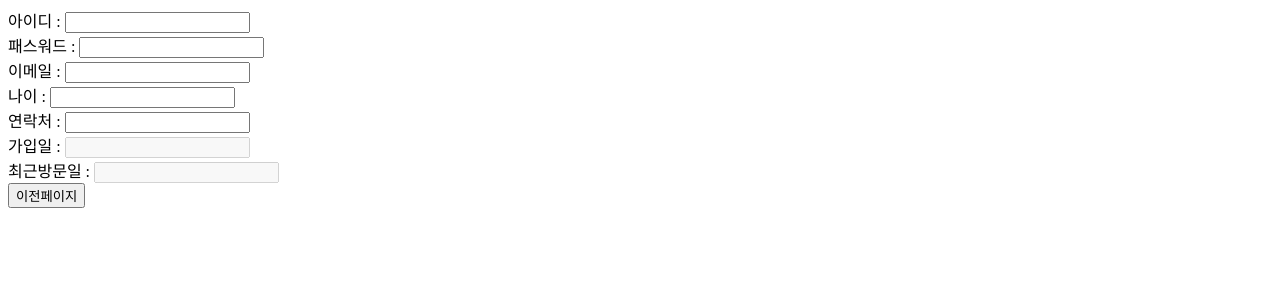
Repository: havanara/240416_JSP_Project
Page: http://localhost/jsp_study2/member/modify.jsp
The author's editor kept a copy of each file at every save. The page is drawn from the files as they stood at one save, then again after the next save.
The browser window is 1280 px wide. The pictures show the whole page.
The page is served by Tomcat 9. The template is opened directly, without the code that normally fills it, so the values that code supplies are empty.

Above is the page before, as saved 2024-04-17 06:08:13.

After the next save:
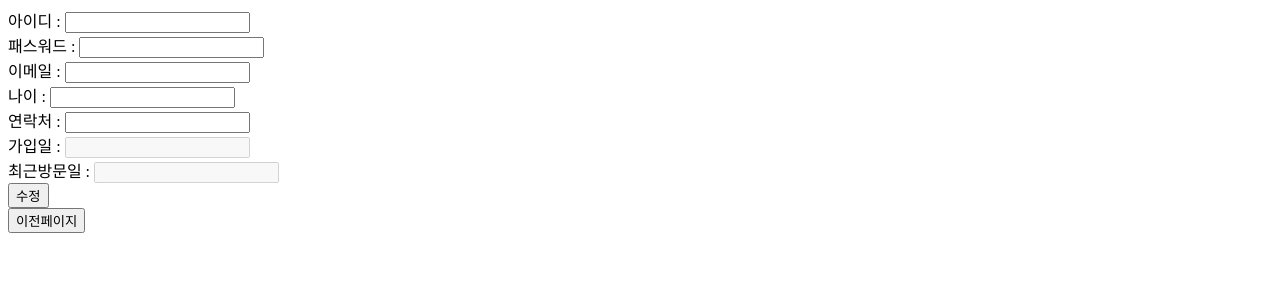
Saved 76 s later.
--- a/jsp_study2/src/main/webapp/member/modify.jsp
+++ b/jsp_study2/src/main/webapp/member/modify.jsp
@@ -15,6 +15,7 @@
 		연락처 : <input type="text" name="phone" value="${ses.phone }"> <br>
 		가입일 : <input type="text" name="regdate" value="${ses.regdate }" disabled="disabled"> <br>
 		최근방문일 : <input type="text" name="lastlogin" value="${ses.lastlogin }" disabled="disabled"> <br>
+		<button type="submit">수정</button>
 	</form>
 	<a href="/index.jsp"><button type="button">이전페이지</button></a>
 </body>
